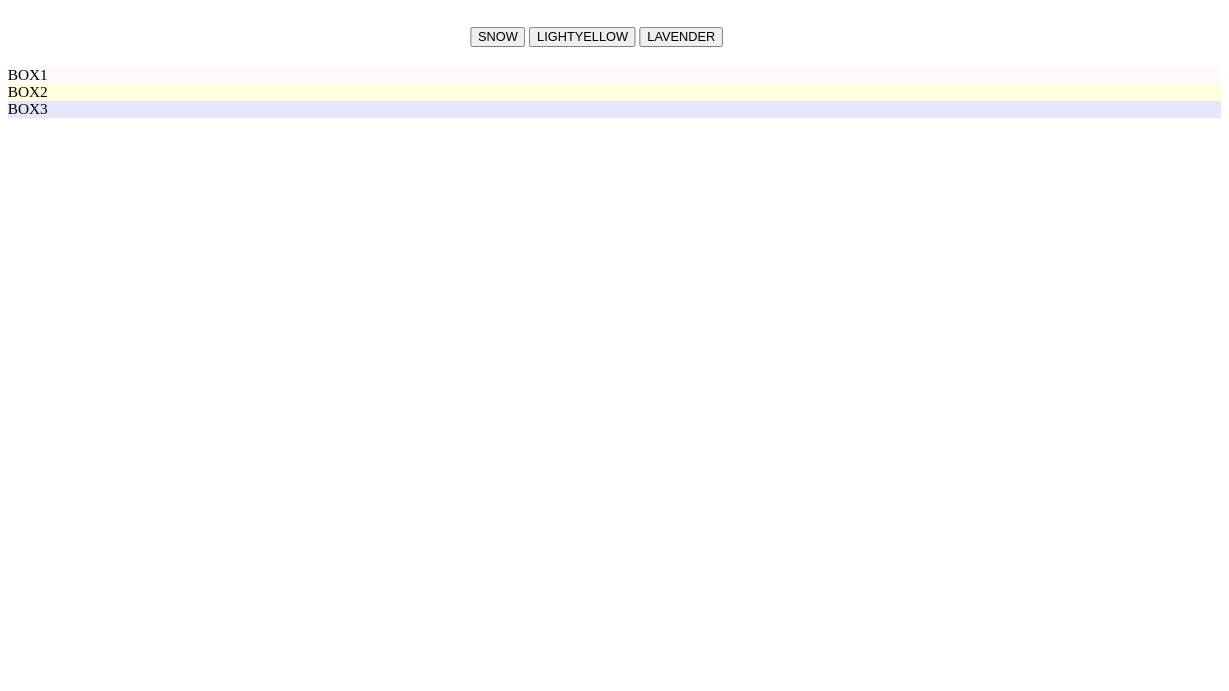
Repository: wjsjsn/23_webstudy
Page: 03_javascript/src/main/webapp/day02/Ex16_event.html
An editor plug-in stored every save of this project. The page is shown before and after the next save, followed by the edit.
The browser window is 1280 px wide. The pictures show the whole page, at 96% of full size.

Above is the page before, as saved 2023-06-28 06:49:39.

After the next save:
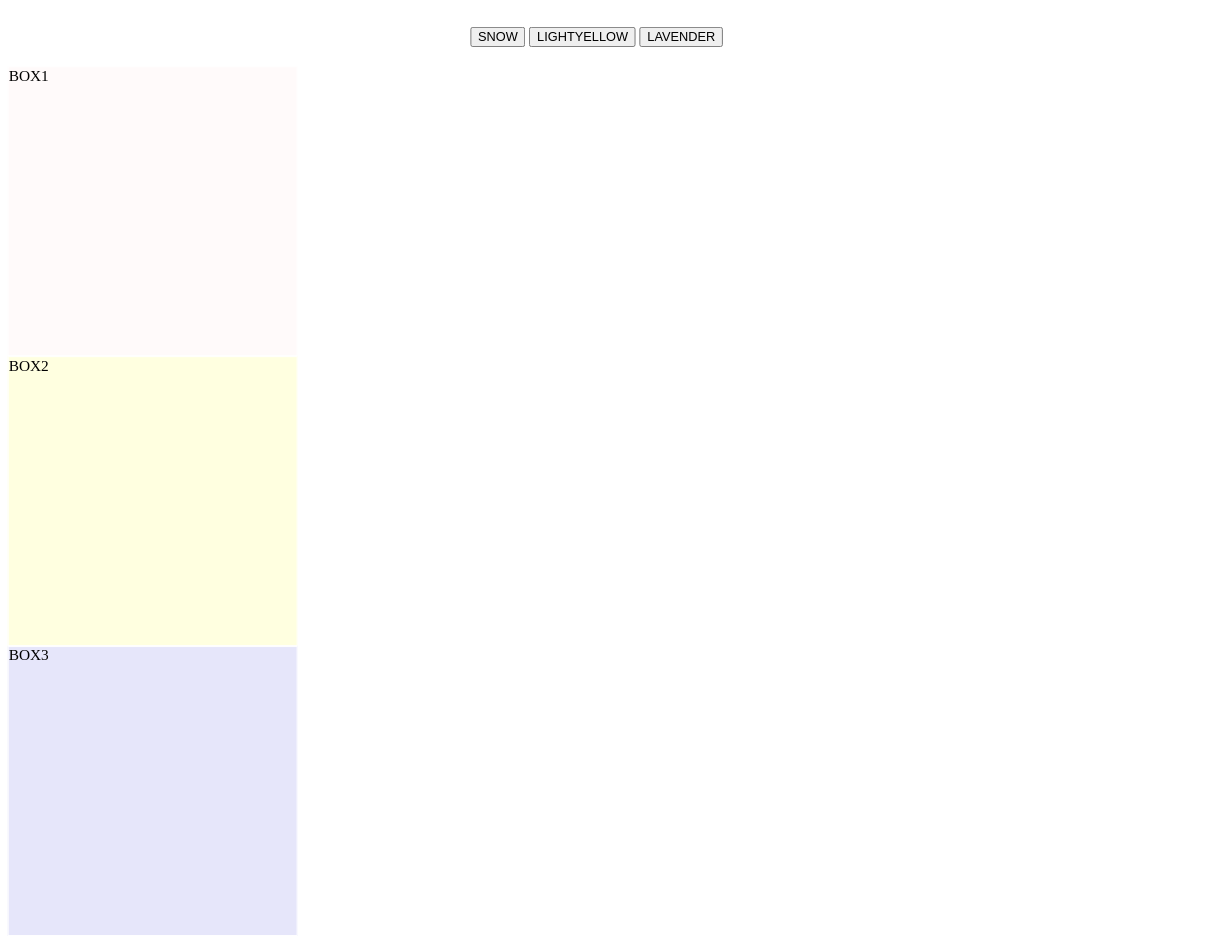
Saved 50 s later.
--- a/03_javascript/src/main/webapp/day02/Ex16_event.html
+++ b/03_javascript/src/main/webapp/day02/Ex16_event.html
@@ -3,6 +3,14 @@
 <head>
 <meta charset="UTF-8">
 <title>Insert title here</title>
+<style type="text/css">
+.box{
+	border: 1px solid white;
+	width: 300px;
+	height: 300px;
+}
+
+</style>
 </head>
 <body>
 	<div style="margin: auto; width: 300px; padding: 20px;">
